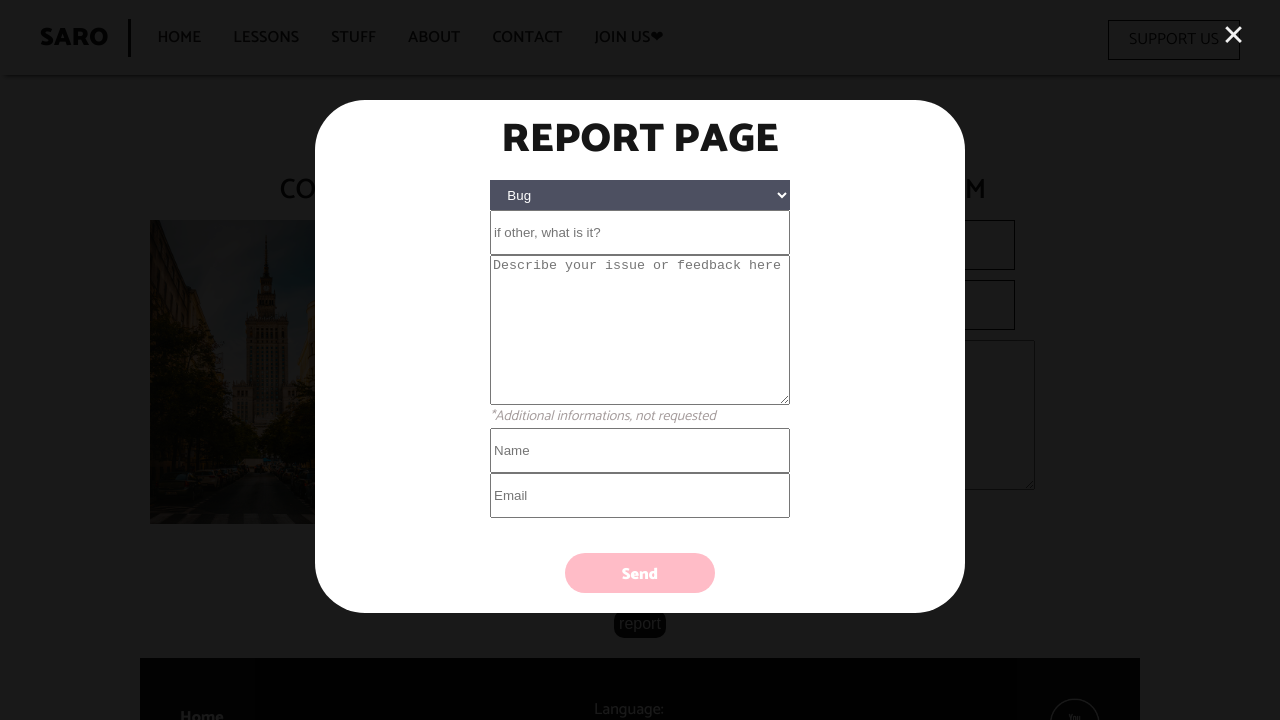
Repository: michalskirobert/SARO
Page: contact.html
The author's editor kept a copy of each file at every save. The page is drawn from the files as they stood at one save, then again after the next save.
The browser window is 1280 px wide. The pictures show the window.
Empty fields were first filled with sample values (such as "Sample", 5 or name@example.com).
After loading, the first visible `button.report` was clicked once.
A layer covers the whole window, so only the first screen is drawn.

Above is the page before, as saved 2020-10-30 14:13:36.

After the next save:
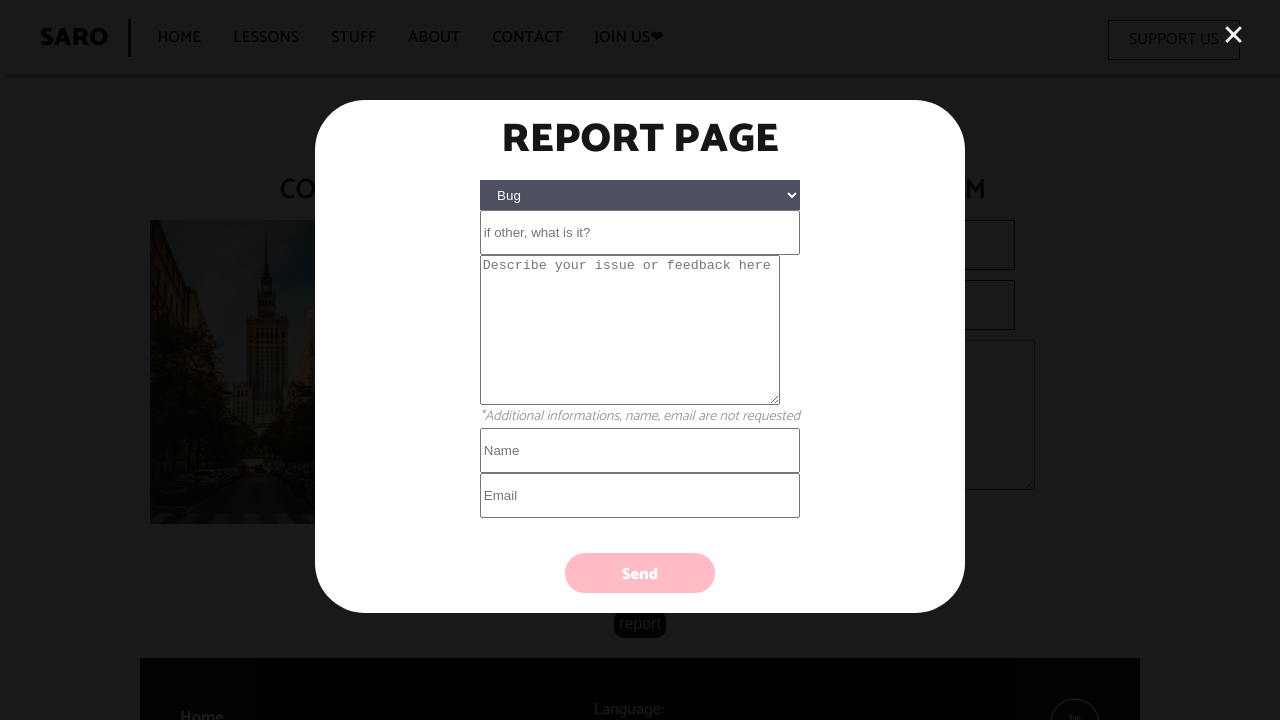
Saved 17 s later.
--- a/assets/js/report.js
+++ b/assets/js/report.js
@@ -25,7 +25,7 @@ function report() {
     <option value="other">Other</option></select>
     <input type="text" name="other" id="other" class="issue" placeholder="if other, what is it?">
     <textarea name="describe" id="describe" cols="30" rows="10" placeholder="Describe your issue or feedback here" required></textarea>
-    <i>*Additional informations, not requested</i>
+    <i>*Additional informations, name, email are not requested</i>
     <div class="form__label__left">
     <input type="text" name="name" id="name" class="issue" placeholder="Name">
     <input type="email" name="email" id="email" class="issue" placeholder="Email">
